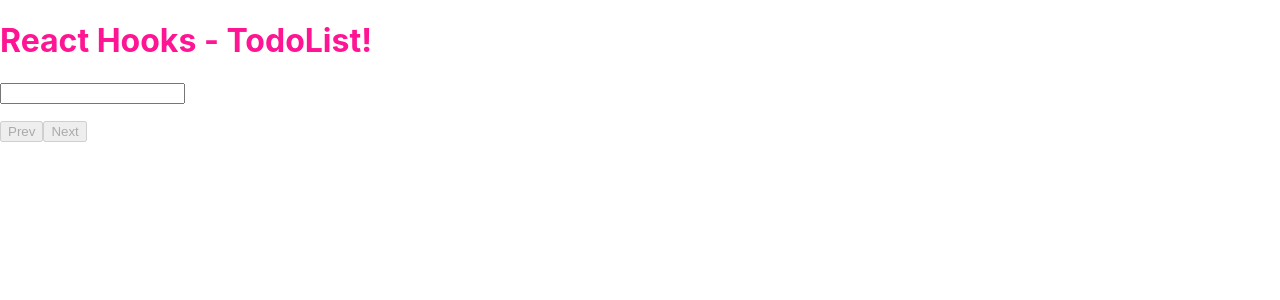
Repository: TranNgocPhuongNhi/react-hooks-basic
Page: /
These files come from the project's save history. The page is drawn as it stood at one moment and after a run of saves; the edit follows.
The browser window is 1280 px wide. The pictures show the whole page.
The page's requests for data from a server got no answer. The project was rebuilt for these pictures with package versions that can differ from the ones it lists, and the page was loaded fresh each time. No one was signed in, and anything a server would have sent is missing. Also part of the build but not shown: src/components/TodoList/index.jsx, src/components/TodoForm/index.jsx, src/components/Clock/index.jsx.

Above is the page before, as saved 2021-09-06 21:34:09.

### src/App.js
import React, { useState, useEffect } from 'react';
import queryString from 'query-string';

import './App.scss';
import TodoList from './components/TodoList'
import TodoForm from './components/TodoForm'
import PostList from './components/PostList'
import Pagination from './components/Pagination'
import PostFilterForm from './components/PostFilterForm'
import Clock from './components/Clock'

function App() {
  const [todoList, setTodoList] = useState([
    { id: 1, title: 'I love Easy Frontend! 😍 ' },
    { id: 2, title: 'We love Easy Frontend! 🥰 ' },
    { id: 3, title: 'They love Easy Frontend! 🚀 ' },
  ]);

  const [postList, setPostList] = useState([]);
  const [pagination, setPagination] = useState({
    _page: 1,
    _limit: 10,
    _totalRows: 1,
  });
  const [filters, setFilters] = useState({
    _limit: 10,
    _page: 1,
  });

  useEffect(() => {
    async function fetchPostList() {
      try {
        const paramsString = queryString.stringify(filters)
        const requestUrl = `http://js-post-api.herokuapp.com/api/posts?${paramsString}`
        const response = await fetch(requestUrl)
        const responseJSON = await response.json()

        const {data, pagination} = responseJSON
        setPostList(data)
        setPagination(pagination)
      } catch (error) {
        console.log('Failed to fetch post list: ', error.message);
      }
    }

    fetchPostList()

  }, [filters])

  function handlePageChange(newPage) {
    console.log('New page: ', newPage);
    setFilters({
      ...filters,
      _page: newPage,
    });
  }

  function handleTodoClick(todo) {
    const index = todoList.findIndex(x => x.id === todo.id)
    if(index < 0) return;

    const newTodoList = [...todoList]
    newTodoList.splice(index, 1)
    setTodoList(newTodoList)
  }

  function handleTodoFormSubmit(formValues) {
    // add new todo to current todo list
    const newTodo = {
      id: todoList.length + 1,
      ...formValues
    }
    const newTodoList = [...todoList]
    newTodoList.push(newTodo)
    setTodoList(newTodoList)
  }

  function handleFiltersChange(newFilters) {
    console.log('New filters:', newFilters)
    setFilters({
      ...filters,
      _page: 1,
      title_like: newFilters.searchTerm,
    })
  }

  return (
    <div className="app">
      <h1>React Hooks - TodoList!</h1>

      <PostFilterForm onSubmit={handleFiltersChange}/>
      <PostList posts={postList}/>
      <Pagination pagination={pagination} onPageChange={handlePageChange}/>
      {/* <TodoForm onSubmit = {handleTodoFormSubmit}/>
      <TodoList todos = {todoList} onTodoClick={handleTodoClick}/> */}
    </div>
  );
}

export default App;

### src/App.scss
.app {
  color: deeppink;
}

### src/components/PostList/index.jsx
import React from 'react';
import PropTypes from 'prop-types';

PostList.propTypes = {
    posts: PropTypes.array,
};

PostList.defaultProps = {
    posts: [],
}

function PostList(props) {
    const { posts } = props

    return (
        <ul className="post-list">
            {posts.map(post => (
                <li key={post.id}>{post.title}</li>
            ))}
        </ul>
    );
}

export default PostList;

### src/components/Pagination/index.jsx
import React from 'react';
import PropTypes from 'prop-types';

Pagination.propTypes = {
  pagination: PropTypes.object.isRequired,
  onPageChange: PropTypes.func,
};

Pagination.defaultProps = {
  onPageChange: null,
};

function Pagination(props) {
  const { pagination, onPageChange } = props;
  const { _page, _limit, _totalRows } = pagination;
  const totalPages = Math.ceil(_totalRows / _limit);
  // 51 / 10 = 5.1 --> 6

  function handlePageChange(newPage) {
    if (onPageChange) {
      onPageChange(newPage);
    }
  }

  return (
    <div>
      <button
        disabled={_page <= 1}
        onClick={() => handlePageChange(_page - 1)}
      >
        Prev
      </button>

      <button
        disabled={_page >= totalPages}
        onClick={() => handlePageChange(_page + 1)}
      >
        Next
      </button>
    </div>
  );
}

export default Pagination;

### src/components/PostFilterForm/index.jsx
import React, {useState, useRef} from 'react';
import PropTypes from 'prop-types';

PostFilterForm.propTypes = {
    onSubmit: PropTypes.func,
};

PostFilterForm.defaultProps = {
    onSubmit: null,
}

function PostFilterForm(props) {
    const { onSubmit } = props;
    const [searchTerm, setSearchTerm] = useState('')
    const typingTimeoutRef = useRef(null)

    function handleSearchTermChange(e) {
        const value = e.target.value;
        setSearchTerm(value)

        if(!onSubmit) return;

        // SET -- 100 -- CLEAR, SET -- 300 -> SUBMIT
        // SET -- 300 -> SUBMIT
        if(typingTimeoutRef.current) {
            clearTimeout(typingTimeoutRef.current)
        }

        typingTimeoutRef.current =  setTimeout(() => {
            const formValues = {
                searchTerm: value,
            }
            onSubmit(formValues)
        }, 300)

    }

    return (
        <form>
           <input type="text" value={searchTerm} onChange={handleSearchTermChange} />
        </form>
    );
}

export default PostFilterForm;

Loaded but not shown: public/index.html (common file); src/index.js (common file); src/index.css (common file); src/reportWebVitals.js (common file)

After the next 4 saves:
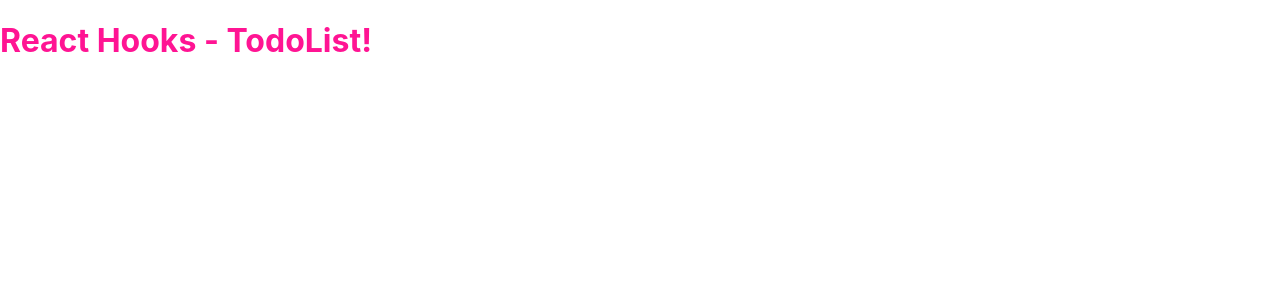
The 4 saves are shown as one change because they came seconds apart.
The last was saved 24 s later.
--- a/src/App.js
+++ b/src/App.js
@@ -88,9 +88,10 @@ function App() {
     <div className="app">
       <h1>React Hooks - TodoList!</h1>
 
-      <PostFilterForm onSubmit={handleFiltersChange}/>
+      {/* <PostFilterForm onSubmit={handleFiltersChange}/>
       <PostList posts={postList}/>
-      <Pagination pagination={pagination} onPageChange={handlePageChange}/>
+      <Pagination pagination={pagination} onPageChange={handlePageChange}/> */}
+
       {/* <TodoForm onSubmit = {handleTodoFormSubmit}/>
       <TodoList todos = {todoList} onTodoClick={handleTodoClick}/> */}
     </div>
